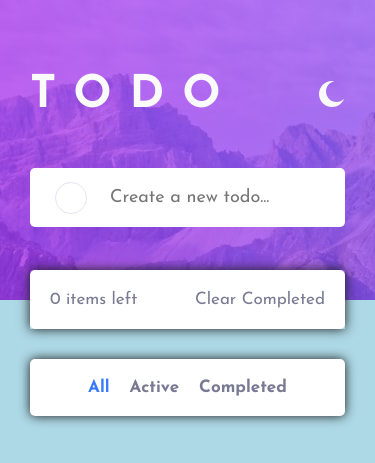
Repository: tomas938/todo-app
Page: /
These files come from the project's save history. The page is drawn as it stood at one moment and after a run of saves; the edit follows.
The browser window is 375 px wide. The pictures show the whole page.
The project was rebuilt for these pictures with package versions that can differ from the ones it lists, and the page was loaded fresh each time.

Above is the page before, as saved 2021-08-20 14:27:55.

After the next 2 saves:
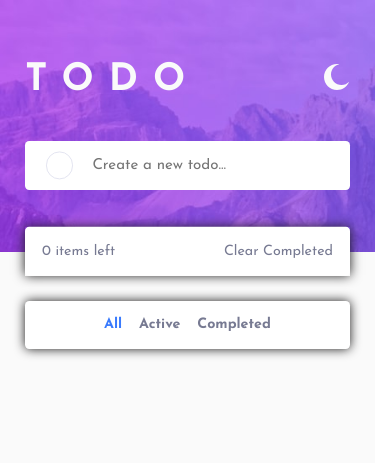
The 2 saves are shown as one change because they came seconds apart.
The last was saved 8 s later.
--- a/src/App.vue
+++ b/src/App.vue
@@ -28,10 +28,8 @@
 }
 html {
 	font-size: 62.5%;
-	@media only screen and (max-width: 600px) {
-		body {
-			background-color: lightblue;
-		}
+	@media only screen and (max-width: 450px) {
+		font-size: 52.5%;
 	}
 }
 body {
